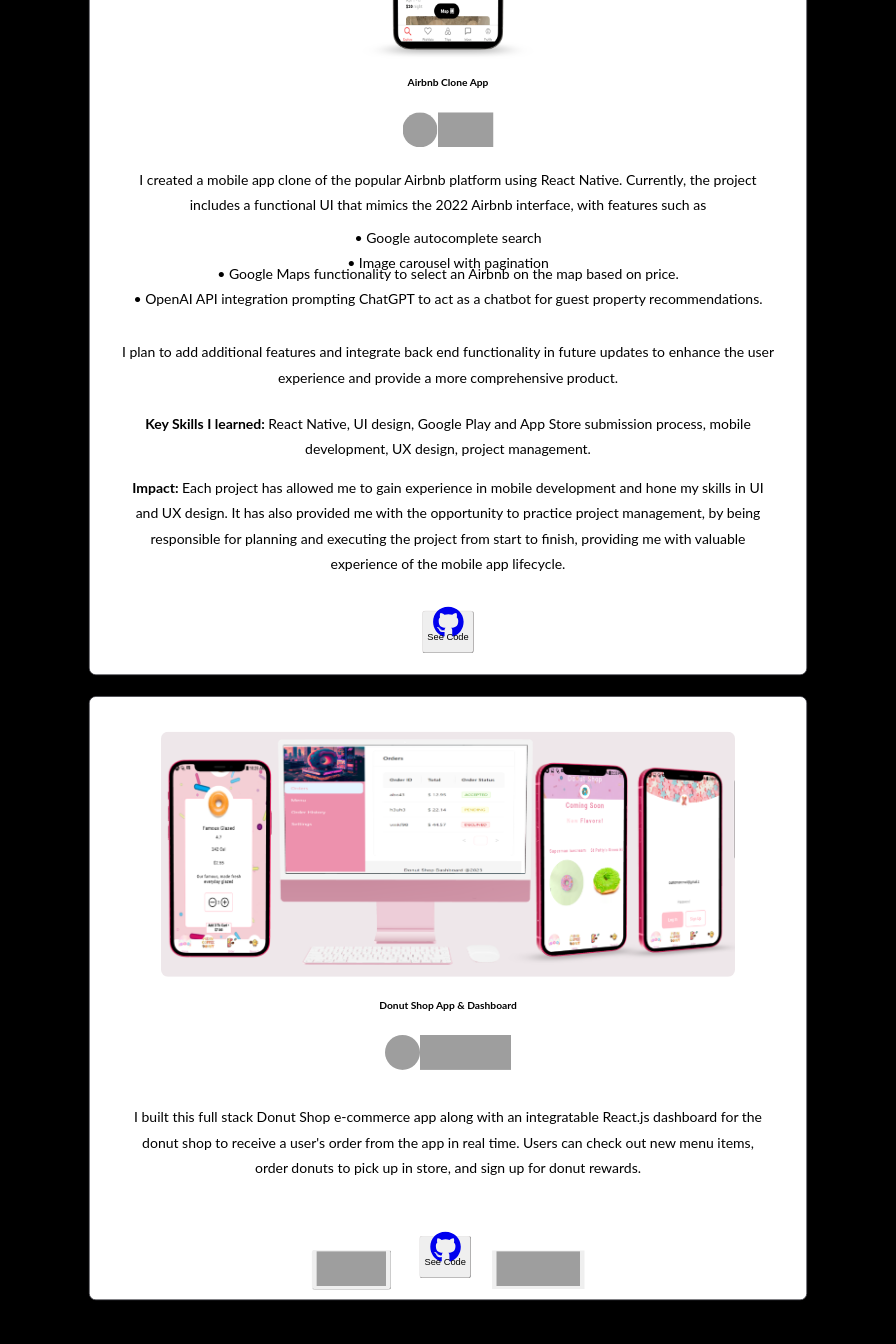
Repository: JamesPesenti/portfolio
Page: /
These files come from the project's save history. The page is drawn as it stood at one moment and after the next save; the edit follows.
The browser window is 1280 px wide. The pictures show the part of the page from y = 1819 to 3739 px (the page is 6929 px tall), at 70% of full size.
Pictures or frames that could not be fetched are drawn as grey boxes. The project was rebuilt for these pictures with package versions that can differ from the ones it lists, and the page was loaded fresh each time. Imported but missing from the stored project, and not drawn on this page: src/Components/James Pesenti Resume 2023.pdf.

Above is the page before, as saved 2023-05-29 08:41:31.

### public/index.html
<!DOCTYPE html>
<html lang="en">
  <head>
    <meta charset="utf-8" />
    <link rel="" href="" />
    <meta name="viewport" content="width=device-width, initial-scale=1" />
    <meta name="theme-color" content="#000000" />
    <meta name="description" content="James Pesenti Portfolio 2022" />
    <link rel="apple-touch-icon" href="" />
    <link rel="manifest" href="%PUBLIC_URL%/manifest.json" />

    <title>Portfolio 2023</title>

  </head>
  <body>
    <div id="root"></div>
  </body>
</html>

### src/Components/Navbar.jsx
import React, {Component} from 'react'
import { FaGithub } from "react-icons/fa";
import { FaEnvelope } from "react-icons/fa";
import { FaFile } from "react-icons/fa";
import Pdf from "../Components/James Pesenti Resume 2023.pdf"


const Navbar = () => {
  return (
    <>
          <div className="navbar flex">
            <div className="container">
                <nav>
                  <ul style={{textAlign: "center", marginTop: 70, position: 'relative', left: 0, top: -2}}>
                    <li>
                      <a className="App-link"  href="mailto:jamespesenti91@gmail.com" target="_blank" rel="noopener noreferrer">
                      <FaEnvelope size={35} style={{display: "flex", textAlign: "center", marginLeft: 10}}/>
                          Contact
                      </a>
                    </li>
                    <li>
                      <a className="App-link" href="https://github.com/JamesPesenti" target="_blank" rel="noopener noreferrer">
                        <FaGithub size={35} style={{display: "flex", textAlign: "center", marginLeft: 10}} />
                        GitHub
                      </a>
                    </li>
                    <li>
                      <a className="App-link" href={Pdf} target="_blank" rel="noopener noreferrer">
                        <FaFile size={35} style={{display: "flex", textAlign: "center", marginLeft: 10}} />
                        Resume
                      </a>
                    </li>
                  </ul>
                </nav>
                {/* <h4 style={{color: "white", textAlign: 'center', marginBottom:-440}}>
                  See my work below and send a message to get in touch
                </h4> */}
            </div>
          </div>
    </>
  )
}

export default Navbar

### src/Components/AboutMe.jsx
import React from 'react'
import { FontAwesomeIcon } from '@fortawesome/react-fontawesome'
import { FaGithub } from "react-icons/fa";
import { FaMapPin } from "react-icons/fa";

const AboutMe = () => {
  return (
    <>

        <div style={{justifyContent: "center", textAlign: "center", color: "white", padding: 50,}}>
            {/* Spinning image  */}
            {/* <img style={{padding: 10, borderRadius: "50%", width: 200, height: 200,}} src="/images/IMG_1619.jpg" className="App-logo" alt="logo" /> */}
            <img style={{padding: 10, borderRadius: "50%", width: 200, height: 200,}} src="/images/IMG_1619.jpg" alt="logo" />
            <h1>I'm James Pesenti</h1>
            <h2>a Software Developer building mobile apps and websites</h2>
              <FaMapPin size={20} style={{position: "relative", top: 5, right: 65, }} />
              <h3 style={{marginTop: -24}}> Chicago, IL</h3>
        </div>

</>
  )
}

export default AboutMe

### src/Components/Scroll.jsx
import React from 'react'
import '../CSS/App.css';


const Scroll = () => {

  return (
    <>

        <div style={{marginBottom: 400, justifyContnent: 'center'}} id="section09" class="demo">
          <a href="#parallaxContainer">
            <span></span>
            Scroll down to see my work
          </a>
        </div>

    </>
  )
}

export default Scroll

### src/Components/MyProjects.jsx
import UberGoogleButton from "../Components/UberGoogleButton"
import AstonGoogleButton from "./AstonGoogleButton"
import AstonAppleButton from "./AstonAppleButton"
import BarceGoogleButton from "../Components/BarceGoogleButton"
import BarceAppleButton from "./BarceAppleButton"
import { FaGithub } from "react-icons/fa";

const MyProjects = () => {
  return (

  <>
    <div id="parallaxContainer">

    {/* Airbnb Clone */}
    <div style={{ justifyContent: 'center', alignItems: 'center',  width: "80%", borderRadius: 10}} className="box">
            <div>
                <img style={{ borderRadius: 10, marginTop: 50, marginBottom: -35, width: "48%", height: 350, transition: ".7s", }} src="images/mockrocket-capture (11).png" />
            </div>
            <h4 style={{textAlign: 'center'}}>Airbnb Clone App</h4>
                <div style={{flexDirection: "row", padding: 10, borderRadius: 10, marginBottom: -60,}}>
                  <img style={{width: 50, height: 50, borderRadius: 50}} src="https://i.pinimg.com/originals/8a/02/1a/8a021aa097236b42dd71fb731e3d894d.gif"/>
                  <img style={{width: 80, height: 50, }} src="https://www.datocms-assets.com/45470/1631026680-logo-react-native.png"  />
                  {/* <img style={{width: 50, height: 50, }} src="https://pbs.twimg.com/profile_images/1114309924551417856/FKA4cm2x_400x400.png"  /> */}
                </div>
           <div>
            <p style={{fontSize: 20, textAlign: 'center', padding: 50, marginBottom: -60}}>I created a mobile app clone of the popular Airbnb platform using React Native. Currently, the project includes a functional UI that mimics the 2022 Airbnb interface, with features such as</p>
            <p style={{fontSize: 20, padding: 0, marginBottom: -20}}>&#8226; Google autocomplete search</p>
            <p style={{fontSize: 20,  padding: 0, marginBottom: -40}}>&#8226; Image carousel with pagination</p>
            <p style={{fontSize: 20, paddingHorizontal: 0, marginBottom: -20}}> &#8226; Google Maps functionality to select an Airbnb on the map based on price.</p>
            <p style={{fontSize: 20, paddingHorizontal: 0, marginBottom: -20}}> &#8226; OpenAI API integration prompting ChatGPT to act as a chatbot for guest property recommendations.</p>

            <p style={{fontSize: 20, textAlign: 'center', padding: 40, marginBottom: -60}}>I plan to add additional features and integrate back end functionality in future updates to enhance the user experience and provide a more comprehensive product.</p>
            <p style={{fontSize: 20, textAlign: 'center', padding: 30, marginBottom: -80}}><b> Key Skills I learned: </b>React Native, UI design, Google Play and App Store submission process, mobile development, UX design, project management.</p>
            <p style={{fontSize: 20, textAlign: 'center', padding: 50}}><b> Impact: </b> Each project has allowed me to gain experience in mobile development and hone my skills in UI and UX design. It has also provided me with the opportunity to practice project management, by being responsible for planning and executing the project from start to finish, providing me with valuable experience of the mobile app lifecycle.</p>
           </div>

            <div style={{flexDirection: "row"}}>
                {/* <UberGoogleButton  /> */}
                <button style={{marginTop: 10}} type="button" className="codeButton">
                  <a href="https://github.com/JamesPesenti/Airbnb" target="_blank" rel="noopener noreferrer">
                    <FaGithub  size={45} style={{ marginTop: -80, marginBottom: -25, justifyContent: "center", textAlign: "center"}} />
                  </a>
                  <p>See Code</p>
                </button>
                {/* <AstonAppleButton  /> */}
            </div>

        </div>


     {/* Donut Shop App */}
     <div style={{marginTop: 30, marginBottom: 20, justifyContent: 'center', alignItems: 'center',  width: "80%", borderRadius: 10}} className="box">
            <div>
                <img style={{ borderRadius: 10, marginTop: 50, width: "80%", height: 350, transition: ".7s", }} src="/images/appAndDashMock.png" />
            </div>
            <h4 style={{textAlign: 'center'}}>Donut Shop App & Dashboard</h4>
                <div style={{flexDirection: "row", padding: 10, borderRadius: 10, marginBottom: -40,}}>
                  <img style={{width: 50, height: 50, borderRadius: 50}} src="https://i.pinimg.com/originals/8a/02/1a/8a021aa097236b42dd71fb731e3d894d.gif"/>
                  <img style={{width: 80, height: 50, }} src="https://www.datocms-assets.com/45470/1631026680-logo-react-native.png"  />
                  <img style={{width: 50, height: 50, }} src="https://pbs.twimg.com/profile_images/1114309924551417856/FKA4cm2x_400x400.png"  />
                </div>
            <p style={{fontSize: 20,textAlign: 'center', padding: 50}}>I built this full stack Donut Shop e-commerce app along with an integratable React.js dashboard for the donut shop to receive a user's order from the app in real time. Users can check out new menu items, order donuts to pick up in store, and sign up for donut rewards.</p>

            <div style={{flexDirection: "row"}}>
                <UberGoogleButton  />
                <button style={{marginTop: 40}} type="button" className="codeButton">
                  <a href="https://github.com/JamesPesenti/Donut_Shop" target="_blank" rel="noopener noreferrer">
                    <FaGithub  size={45} style={{ marginTop: -80, marginBottom: -25, justifyContent: "center", textAlign: "center"}} />
                  </a>
                  <p>See Code</p>
                </button>
                <AstonAppleButton  />
            </div>

        </div>


    {/* Uber Eats App */}
    <div style={{marginTop: 80, marginBottom: 60, justifyContent: 'center', alignItems: 'center',  width: "80%", borderRadius: 10}} className="box">
            <div className="imgWrapper" style={{width: 480, height: 350}}>
                <img style={{ borderRadius: 5, marginTop: 50, width: "100%", height: 300, transition: ".7s", }} src="/images/UberEatsLast.png" />
            </div>
            <h4 style={{textAlign: 'center'}}>Uber Eats Clone App</h4>
                <div style={{flexDirection: "row", padding: 10, borderRadius: 10, marginBottom: -40,}}>
                  <img style={{width: 50, height: 50, borderRadius: 50}} src="https://i.pinimg.com/originals/8a/02/1a/8a021aa097236b42dd71fb731e3d894d.gif"/>
                  <img style={{width: 80, height: 50, }} src="https://www.datocms-assets.com/45470/1631026680-logo-react-native.png"  />
                  <img style={{width: 50, height: 50, }} src="https://pbs.twimg.com/profile_images/1114309924551417856/FKA4cm2x_400x400.png" />
                </div>
            <p style={{fontSize: 20,textAlign: 'center', padding: 50}}>A full stack React Native app inspired by the UberEats user app. I utilized AWS Amplify's datastore to configure the back end to query and save customer's orders and used Amazon Cognito for user registration, authentication, & account recovery.</p>

            <div style={{flexDirection: "row"}}>
                <UberGoogleButton  />
                <button style={{marginTop: 40}} type="button" className="codeButton">
                  <a href="https://github.com/JamesPesenti/UberEatsClone" target="_blank" rel="noopener noreferrer">
                    <FaGithub  size={45} style={{ marginTop: -80, marginBottom: -20, justifyContent: "center", textAlign: "center"}} />
                  </a>
                  <p>See Code</p>
                </button>
                <AstonAppleButton  />
            </div>

        </div>


     {/* Aston Waikiki App */}
       <div style={{marginTop: 80, marginBottom: 120, justifyContent: 'center', alignItems: 'center',  width: "80%", borderRadius: 10}} className="box">
            <div className="imgWrapper" style={{width: 450, height: 350}}>
                <img style={{ marginTop: 50, width: "100%", height: "auto", transition: ".7s", }} src="/images/astonmock.png" />
            </div>
            <h4 style={{textAlign: 'center'}}>Aston Waikiki Hotel UI</h4>
                <div style={{flexDirection: "row", padding: 10, borderRadius: 10, marginBottom: -40,}}>
                  <img style={{width: 50, height: 50, borderRadius: 50}} src="https://i.pinimg.com/originals/8a/02/1a/8a021aa097236b42dd71fb731e3d894d.gif"/>
                  <img style={{width: 80, height: 50, }} src="https://www.datocms-assets.com/45470/1631026680-logo-react-native.png"  />
                </div>
            <p style={{fontSize: 20,textAlign: 'center', padding: 50}}>A React Native UI design I created to reimagine the hotel Aston Waikiki Beach's website into a cross platform mobile app. I used most of the content and images from the current website and utilized both Bottom Tabs, Drawer navigation and other React Native libraries for a better user experience.</p>

            <div style={{flexDirection: "row"}}>
                <AstonGoogleButton  />
                <button style={{marginTop: 40}} type="button" className="codeButton">
                        <a href="https://github.com/JamesPesenti/AstonWaikikiBeachApp" target="_blank" rel="noopener noreferrer">
                            <FaGithub  size={45} style={{ marginTop: -80, marginBottom: -20, justifyContent: "center", textAlign: "center"}} />
                        </a>
                        <p>See Code</p>
                </button>
                <AstonAppleButton  />
            </div>

        </div>


    {/* Barcelona App */}
       <div style={{marginTop: 20, marginBottom: 120, justifyContent: 'center', alignItems: 'center',  width: "80%", borderRadius: 10}} className="box">
            <div className="imgWrapper" style={{width: 650, height: 300}}>
                <img style={{ marginTop: 30, width: "100%", height: 250, transition: ".7s", }} src="/images/barcelonamockup.png" />
            </div>
            <h4 style={{textAlign: 'center'}}>Barcelona Tourist App</h4>
                <div style={{flexDirection: "row", padding: 10, borderRadius: 10, marginBottom: -20,}}>
                <img style={{width: 80, height: 50,}} src="https://www.datocms-assets.com/45470/1631026680-logo-react-native.png"  />
                <img style={{width: 50, height: 50, borderRadius: 50}} src="https://i.pinimg.com/originals/8a/02/1a/8a021aa097236b42dd71fb731e3d894d.gif"/>
                </div>
            <p style={{fontSize: 20, textAlign: 'center', padding: 50}}>I created this React Native app for visitors of Barcelona Spain to save pictures and locations of their favorite places. I used pop-up modals for users to quickly get information on popular sights and used geolocation with google maps so users can save their location and select it on the map.</p>

            <div style={{flexDirection: "row"}}>
               <BarceAppleButton  />
                <button style={{marginTop: 40}} type="button" className="codeButton">
                        <a href="https://github.com/JamesPesenti/BarcelonaApp" target="_blank" rel="noopener noreferrer">
                            <FaGithub  size={45} style={{ marginTop: -80, marginBottom: -20, justifyContent: "center", textAlign: "center"}} />
                        </a>
                        <p>See Code</p>
                </button>
                <BarceGoogleButton  />
            </div>

        </div>

    {/* IAR React App */}
        {/* <div style={{marginBottom: 0, justifyContent: 'center', alignItems: 'center',  width: "80%", borderRadius: 10}} className="box">
            <img style={{ width: 600, height: 350, borderRadius: 10, borderWidth: 2, borderColor: "green"}} src="/images/innermock.png" />
            <h4 style={{textAlign: 'center'}}>Inner Aura Readings Website</h4>
            <div style={{flexDirection: "row", padding: 10, borderRadius: 10}}>
                <img src="https://www.logo.wine/a/logo/React_(web_framework)/React_(web_framework)-Logo.wine.svg" style={{width: 100, height: 50,}} />
                <img className="logoBox" src="https://cdn.pixabay.com/photo/2017/08/05/11/16/logo-2582747_1280.png" style={{width: 50, height: 50,}} />
            </div>
            <p style={{fontSize: 20, textAlign: 'center', padding: 50}}>This was the first official React.js web app that I developed. I made it for a friend who wanted to reach more customers with a mobile friendly website. I made multiple iterations and converted it into a PWA for offline operability with native like performance. </p>
            <button style={{marginTop: 0}} type="button" className="codeButton">
                        <a href="https://github.com/JamesPesenti/InnerAuraReadings2022" target="_blank" rel="noopener noreferrer">
                            <FaGithub  size={45} style={{ marginTop: -80, marginBottom: -20, justifyContent: "center", textAlign: "center"}} />
                        </a>
                        <p>See Code</p>
            </button>

        </div> */}


{/* REapp */}
        {/* <div style={{marginBottom: 100, justifyContent: 'center', alignItems: 'center',  width: "80%", borderRadius: 10,}} className="box">
        <img style={{marginTop: 50, width: 800, height: 350, borderRadius: 10, borderWidth: 2, borderColor: "green"}} src="/images/remockup.png" />
            <h4 style={{textAlign: 'center'}}>Real Estate Listing Website </h4>
            <div style={{flexDirection: "row", padding: 10, borderRadius: 10}}>
                <img src="https://www.logo.wine/a/logo/React_(web_framework)/React_(web_framework)-Logo.wine.svg" style={{width: 100, height: 50,}} />
                <img src="https://img.icons8.com/color/480/cloud-firestore.png" style={{width: 50, height: 50,}} />
                <img src="https://raw.githubusercontent.com/JamesPesenti/RealEstateApp/16b046b3d34b4a26468627e906dc503be8911b73/src/assets/svg/googleIcon.svg" style={{marginBottom: 8, width: 100, height: 30,}} />
            </div>
            <p style={{fontSize: 20, textAlign: 'center', padding: 50}}>Real Estate listing website built with React, FireStore database and Google OAuth to sign in with a google account. You can search listings for rent/sale and login to your account to create a listing and save offers. Inspiration and back-end code taken from Brad Traversey's React course I took on Udemy.</p>
            <button style={{marginTop: 40}} type="button" className="codeButton">
                        <a href="https://github.com/JamesPesenti/RealEstateApp" target="_blank" rel="noopener noreferrer">
                            <FaGithub  size={45} style={{ marginTop: -80, marginBottom: -20, justifyContent: "center", textAlign: "center"}} />
                        </a>
                        <p>See Code</p>
            </button>
        </div> */}

    </div>


    </>
  )
}

export default MyProjects

### src/Components/UberGoogleButton.jsx
import React from 'react'


const UberGoogleButton = () => {
  return (
    <>
    <button type="button" style={{marginRight: 40, borderWidth: .1, borderColor: '#efefef', borderRadius: 5}}>
        <a href="https://expo.dev/accounts/jimpesenti/projects/UberEats/builds/b9dfcb73-dd37-4009-b5f9-7d24a72b937d">
            <img style={{width: 100, height: 50, borderRadius: 0}} src="https://logos-world.net/wp-content/uploads/2020/12/Google-Play-Logo-500x281.png"/>
        </a>
    </button>
    </>
  )
}

export default UberGoogleButton

### src/Components/AstonGoogleButton.jsx
import React from 'react'


const AstonGoogleButton = () => {
  return (
    <>
    <button type="button" style={{marginRight: 40, borderWidth: .1, borderColor: '#efefef', borderRadius: 5}}>
        <a href="https://play.google.com/store/apps/details?id=com.jamespesenti91.astonwaikikibeach">
            <img style={{width: 100, height: 50, borderRadius: 0}} src="https://logos-world.net/wp-content/uploads/2020/12/Google-Play-Logo-500x281.png"/>
        </a>
    </button>
    </>
  )
}

export default AstonGoogleButton

### src/Components/AstonAppleButton.jsx
import React from 'react'

const AstonAppleButton = () => {
  return (
    <>
    <button type="submit" style={{marginLeft: 30, borderWidth: 0,}}  >
        <a href="">
            <img style={{width: 120, height: 50, borderRadius: 0}} src="https://images.squarespace-cdn.com/content/v1/5b549a7f3c3a53487c250f58/1597439116255-P7ME5MNOIWQLJS1X4CPP/Apple+App+Store+Logo+Button.png"/>
        </a>
    </button>
    </>
  )
}

export default AstonAppleButton

### src/Components/BarceGoogleButton.jsx
import React from 'react'


const BarceGoogleButton = () => {
  return (
    <>
    <button type="button" style={{marginLeft: 30, borderWidth: .1, borderColor: '#efefef', borderRadius: 5}}>
        <a href="https://play.google.com/store/apps/details?id=com.jamespesenti91.VisitBarcelona">
            <img style={{width: 100, height: 50, borderRadius: 0}} src="https://logos-world.net/wp-content/uploads/2020/12/Google-Play-Logo-500x281.png" alt="barceButton"/>
        </a>
    </button>
    </>
  )
}

export default BarceGoogleButton

### src/Components/BarceAppleButton.jsx
import React from 'react'

const BarceAppleButton = () => {
  return (
    <>
    <button type="submit" style={{marginRight: 30, borderWidth: 0,}}  >
        <a href="">
            <img style={{width: 120, height: 50, borderRadius: 0}} src="https://images.squarespace-cdn.com/content/v1/5b549a7f3c3a53487c250f58/1597439116255-P7ME5MNOIWQLJS1X4CPP/Apple+App+Store+Logo+Button.png"/>
        </a>
    </button>
    </>
  )
}

export default BarceAppleButton

Loaded but not shown: src/index.js (common file); src/reportWebVitals.js (common file); src/serviceWorkerRegistration.js (137 lines, source omitted); src/App.js (33 lines, source omitted); src/CSS/App.css (351 lines, source omitted); src/CSS/index.css (197 lines, source omitted)

After the next save:
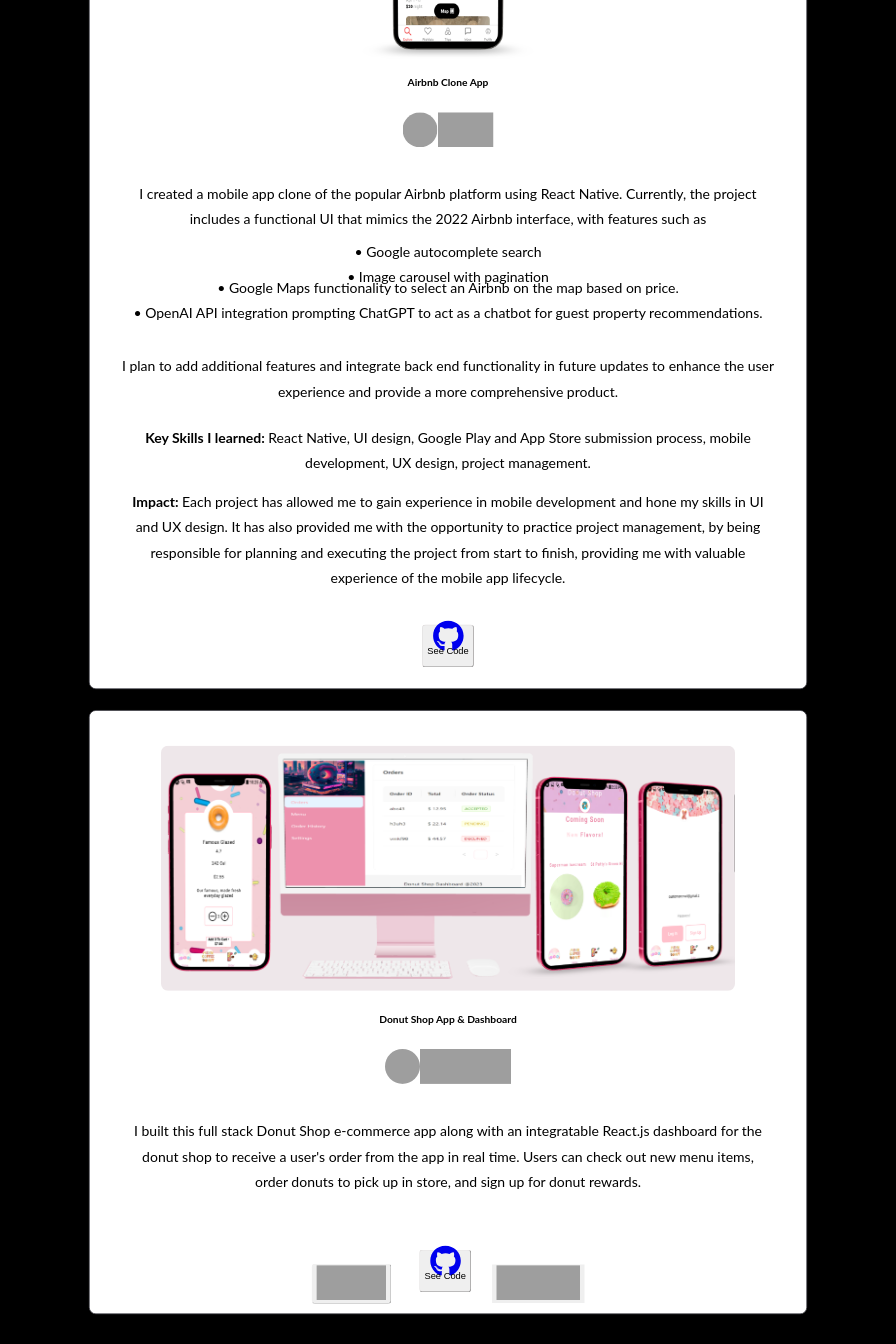
Saved 8 s later.
--- a/src/Components/MyProjects.jsx
+++ b/src/Components/MyProjects.jsx
@@ -17,7 +17,7 @@
                 <img style={{ borderRadius: 10, marginTop: 50, marginBottom: -35, width: "48%", height: 350, transition: ".7s", }} src="images/mockrocket-capture (11).png" />
             </div>
             <h4 style={{textAlign: 'center'}}>Airbnb Clone App</h4>
-                <div style={{flexDirection: "row", padding: 10, borderRadius: 10, marginBottom: -60,}}>
+                <div style={{flexDirection: "row", padding: 10, borderRadius: 10, marginBottom: -40,}}>
                   <img style={{width: 50, height: 50, borderRadius: 50}} src="https://i.pinimg.com/originals/8a/02/1a/8a021aa097236b42dd71fb731e3d894d.gif"/>
                   <img style={{width: 80, height: 50, }} src="https://www.datocms-assets.com/45470/1631026680-logo-react-native.png"  />
                   {/* <img style={{width: 50, height: 50, }} src="https://pbs.twimg.com/profile_images/1114309924551417856/FKA4cm2x_400x400.png"  /> */}
